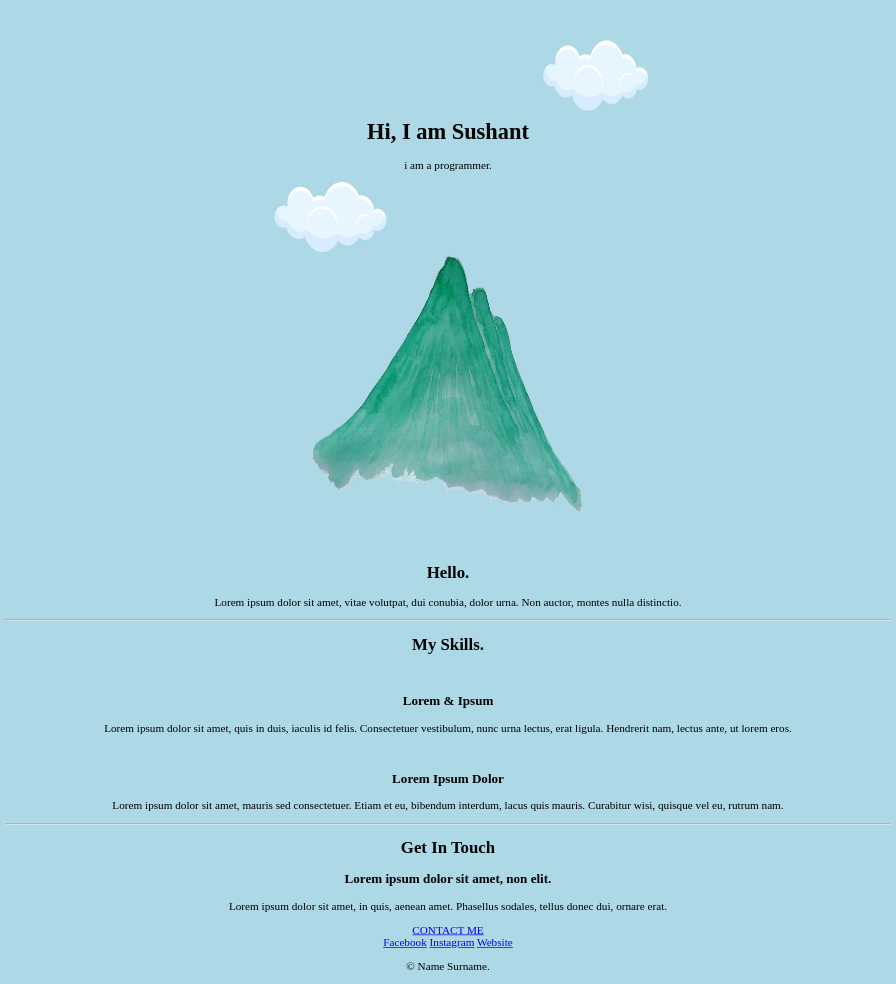
Repository: Sushant203/myPersonalSite
Page: index.html
The author's editor kept a copy of each file at every save. The page is drawn from the files as they stood at one save, then again after a run of saves.
The browser window is 1280 px wide. The pictures show the whole page, at 70% of full size.

Above is the page before, as saved 2022-12-09 18:38:29.

After the next 2 saves:
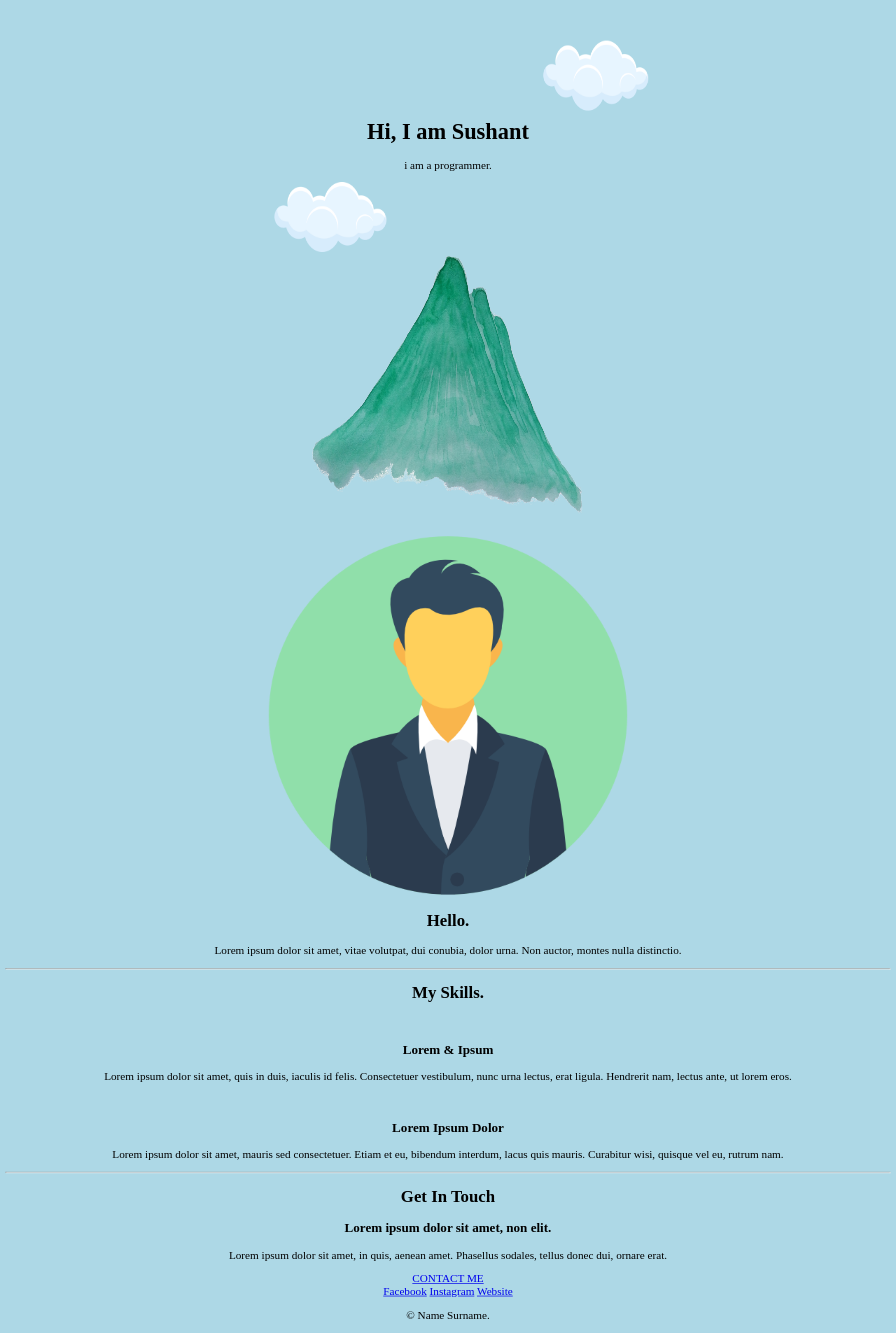
The 2 saves are shown as one change because they came seconds apart.
The last was saved 4 min 35 s later.
--- a/index.html
+++ b/index.html
@@ -26,7 +26,7 @@
         <!-- middle and end parts -->
         <div class="middle-container">
             <div class="profile">
-              <img src="" alt="">
+              <img src="profile.png" alt="">
               <h2>Hello.</h2>
               <p>Lorem ipsum dolor sit amet, vitae volutpat, dui conubia, dolor urna. Non auctor, montes nulla distinctio.</p>
             </div>
